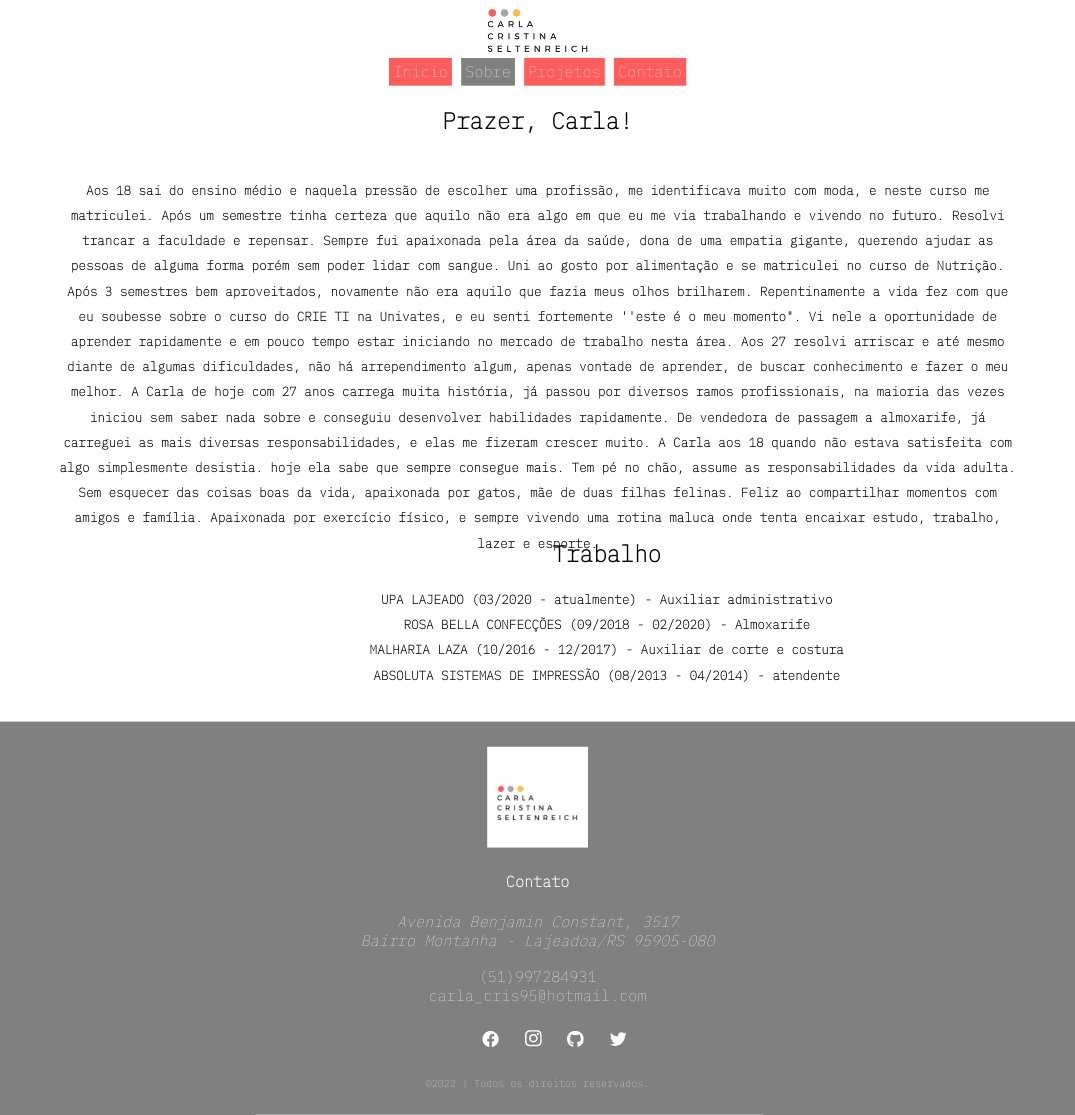
Repository: carla-seltenreich/portfolio
Page: about.html
The author's editor kept a copy of each file at every save. The page is drawn from the files as they stood at one save, then again after the next save.
The browser window is 1280 px wide. The pictures show the whole page, at 84% of full size.

Above is the page before, as saved 2022-05-26 18:20:01.

### about.html
<!DOCTYPE html>
<html lang="en">

<head>
    <meta charset="UTF-8">
    <meta http-equiv="X-UA-Compatible" content="IE=edge">
    <meta name="viewport" content="width=device-width, initial-scale=1.0">
    <title>Carla Cristina Seltenreich</title>
    <link rel="preconnect" href="https://fonts.googleapis.com">
    <link rel="preconnect" href="https://fonts.gstatic.com" crossorigin>
    <link rel="stylesheet" href="style.css">

    <link href="preconnect" href="https://fonts.googleapis.com">
    <link rel="preconnect" href="https://fonts.gstatic.com" crossorigin>
    <link href="https://fonts.googleapis.com/css2?family=IBM+Plex+Mono:wght@100&family=Questrial&display=swap"
        rel="stylesheet">
</head>

<body>
    <header class="header">
        <div class="container header-container">
            <a href="index.html"><img src="Carla cristina sELTENREICH.jpg" alt="logo" class="brand"></a>
            <ul class="nav">
                <li>
                    <a href="index.html">Inicio</a>
                </li>
                <li>
                    <a href="about.html" class="active">Sobre</a>
                </li>
                <li>
                    <a href="project.html">Projetos</a>
                </li>
                <li>
                    <a href="contact.html">Contato</a>
                </li>
            </ul>
        </div>
        <section>
            <h1>Prazer, Carla!</h1>
            <div class="about-me-text">
                <h5>Aos 18 sai do ensino médio e naquela pressão de escolher uma profissão, me identificava muito com
                    moda, e neste curso me matriculei. Após um semestre tinha certeza que aquilo não era algo em que eu
                    me via trabalhando e vivendo no futuro. Resolvi trancar a faculdade e repensar.
                    Sempre fui apaixonada pela área da saúde, dona de uma empatia gigante, querendo ajudar as pessoas de
                    alguma forma porém sem poder lidar com sangue. Uni ao gosto por alimentação e se matriculei no curso
                    de Nutrição. Após 3 semestres bem aproveitados, novamente não era aquilo que fazia meus olhos
                    brilharem.
                    Repentinamente a vida fez com que eu soubesse sobre o curso do CRIE TI na Univates, e eu senti
                    fortemente ''este é o meu momento". Vi nele a oportunidade de aprender rapidamente e em pouco tempo
                    estar iniciando no mercado de trabalho nesta área.
                    Aos 27 resolvi arriscar e até mesmo diante de algumas dificuldades, não há arrependimento algum,
                    apenas vontade de aprender, de buscar conhecimento e fazer o meu melhor.

                    A Carla de hoje com 27 anos carrega muita história, já passou por diversos ramos profissionais, na
                    maioria das vezes iniciou sem saber nada sobre e conseguiu desenvolver habilidades rapidamente. De
                    vendedora de passagem a almoxarife, já carreguei as mais diversas responsabilidades, e elas me
                    fizeram crescer muito.
                    A Carla aos 18 quando não estava satisfeita com algo simplesmente desistia. hoje ela sabe que sempre
                    consegue mais. Tem pé no chão, assume as responsabilidades da vida adulta.

                    Sem esquecer das coisas boas da vida, apaixonada por gatos, mãe de duas filhas felinas.
                    Feliz ao compartilhar momentos com amigos e família. Apaixonada por exercício físico, e sempre
                    vivendo uma rotina maluca onde tenta encaixar estudo, trabalho, lazer e esporte.
                </h5>
            </div>
        </section>
        <section class="work">
            <div class="work-text">
                <h2>Trabalho</h2>
                <h5>UPA LAJEADO (03/2020 - atualmente) - Auxiliar administrativo<br>
                    ROSA BELLA CONFECÇÕES (09/2018 - 02/2020) - Almoxarife<br>
                    MALHARIA LAZA (10/2016 - 12/2017) - Auxiliar de corte e costura<br>
                    ABSOLUTA SISTEMAS DE IMPRESSÃO (08/2013 - 04/2014) - atendente<br>
                </h5>
            </div>
        </section>
    </header>
    <footer class="footer">
        <div class="container">
            <img src="Carla cristina sELTENREICH.png" alt="logo" class="brand">
            <div class="footer-container">
                <div class="footer-contact">
                    <h4>Contato</h4>

                    <address>Avenida Benjamin Constant, 3517 <br />Bairro Montanha - Lajeadoa/RS 95905-080
                    </address>
                    <a href="#">(51)997284931</a>
                    <a href="#">carla_cris95@hotmail.com</a>
                </div>

                <div class="footer-social-medias">
                    <ul class="social-medias">
                        <li><a href="https://www.facebook.com/carla.cristina.16144/"><img src="facebook-brands (1).svg"
                                    alt="logo-facebook" class="logo-socialmedia"></a></li>
                        <li><a href="https://www.instagram.com/100meat/"><img src="instagram-brands (1).svg"
                                    alt="logo-instagram" class="logo-socialmedia"></a></li>
                        <li><a href="https://github.com/carla-seltenreich"><img src="github-brands.svg"
                                    alt="logo-github" class="logo-socialmedia"></a></li>
                        <li><a href="https://twitter.com/100meat"><img src="twitter-brands (1).svg" alt="logo-twitter"
                                    class="logo-socialmedia"></a></li>
                    </ul>
                </div>
                <div class="copyright">©2022 | Todos os direitos reservados.</div>
            </div>
    </footer>
</body>

</html>
<footer class="footer footer-about">
    <div class="container">
        <a href="index.html"><img src="Carla cristina sELTENREICH.png" alt="logo" class="brand"></a>
        <div class="footer-container">
            <div class="footer-contact">
                <h4>Contato</h4>

                <address>Avenida Benjamin Constant, 3517 <br />Bairro Montanha - Lajeadoa/RS 95905-080
                </address>
                <a href="#">(51)997284931</a>
                <a href="#">carla_cris95@hotmail.com</a>
            </div>

            <div class="footer-social-medias">
                <ul class="social-medias">
                    <li><a href="https://www.facebook.com/carla.cristina.16144/"><img src="facebook-brands (1).svg"
                                alt="logo-facebook" class="logo-socialmedia"></a></li>
                    <li><a href="https://www.instagram.com/100meat/"><img src="instagram-brands (1).svg"
                                alt="logo-instagram" class="logo-socialmedia"></a></li>
                    <li><a href="https://github.com/carla-seltenreich"><img src="github-brands.svg"
                                alt="logo-github" class="logo-socialmedia"></a></li>
                    <li><a href="https://twitter.com/100meat"><img src="twitter-brands (1).svg" alt="logo-twitter"
                                class="logo-socialmedia"></a></li>
                </ul>
            </div>
            <div class="copyright">©2022 | Todos os direitos reservados.</div>
        </div>
</footer>
</body>

</html>

### style.css
body {
    font-family: 'IBM Plex Mono';
    font-size: 18px;
    padding-top: 120px;
    margin: 0;
}

.container {
    max-width: 1120px;
    margin: 0 auto;
}

.header {
    background: #fff;
    position: absolute;
    width: 100%;
    text-align: center;
    top: 0;
    z-index: 1;
    padding: 10px 0;
    box-sizing: border-box;
    align-items: center;
}

.brand {
    max-width: 120px;
}

.nav {
    margin: 0;
    padding: 0;
    list-style: none;
}

.nav li {
    background-color: #ff5c5c;
    display: inline-block;
}

.nav a {
    color: #fff;
    display: block;
    padding: 5px;
    text-decoration: none;
}

.nav a:hover {
    color: gray;

}

.nav a.active {
    color: #fff;
    background: gray;
}

.name {
    padding: 7px;
}

.name-title {
    text-align: center;
    font-size: 30px;
}


.photo-banner {
    background-color: #ff5c5c;
    width: 500px;
    display: block;
    max-width: 100%;
    margin: 0 auto;
    border-radius: 8px;
}

.lastest-projects-home {
    background-color: #ff5c5c;
    color: #fff;
    padding: 50px;
    position: center;
}

.logo-project {
    width: 30px;
    height: 30px;
}

.text-about-home {
    margin: 90px;
    top: 808px;
    font-style: normal;
    font-weight: 400;
    font-size: 15px;
    line-height: 30px;
    /* or 200% */

    display: flex;
    align-items: center;
}

.project {
    padding: 90px;
    color: black;
}

.title-project {
    position: absolute;
    width: 800px;
    height: 57px;
    left: 283px;
    top: 156px;

    font-style: normal;
    font-weight: 600;
    font-size: 44px;
    line-height: 57px;
    display: flex;
    align-items: center;
}

.text-project {
    position: absolute;
    width: 800px;
    height: 120px;
    left: 283px;
    top: 233px;
    font-size: 15px;
    line-height: 30px;
    /* or 200% */

    display: flex;
    align-items: center;

    color: #363636;
}

.text-one {
    position: absolute;
    width: 800px;
    height: 120px;
    left: 283px;
    top: 980px;
    font-size: 15px;
    line-height: 30px;
    /* or 200% */

    display: flex;
    align-items: center;
    color: black;
}

.text-two {
    position: absolute;
    width: 800px;
    height: 120px;
    left: 285px;
    top: 1750px;

    font-size: 15px;
    line-height: 30px;
    /* or 200% */

    display: flex;
    align-items: center;
    color: black;
}

.text-three {
    position: absolute;
    width: 800px;
    left: 239px;
    top: 2580px;
    font-weight: 400;
    font-size: 15px;
    line-height: 30px;
    /* or 200% */

    display: flex;
    align-items: center;

    color: black;
}

.photo-one {
    position: absolute;
    width: 550px;
    height: 500px;
    left: 40px;
    top: 380px;

}

.photo-two {
    position: absolute;
    width: 800px;
    height: 700px;
    left: 75px;
    top: 1070px;
    /* or 200% */

    display: flex;
    align-items: center;
}

.photo-three {
    position: absolute;
    Top: 1950px;
    Left: 35px;
}

.about-me-text {
    line-height: 30px;
    padding: 5px 70px;
}

.work {
    position: absolute;

height: 1000px;
left: 440px;
top: 233px;


line-height: 30px;
/* or 200% */

display: flex;
align-items: center;

color: black;

}
.footer-about {
    position: relative;
    top: 270px;
}
.footer-project {
    top: 2300px;
    position: relative;
}

.footer-contact {
    position: inherit;
    top: 10px;
}

.footer {
    color: #fff;
    background: grey;
    padding: 30px 0;
    text-align: center;
}

.footer-container {
    display: block;
    justify-content: center;
}

.footer-contact a {
    display: block;
    color: #fff;
    text-decoration: none;
}

.footer-social-medias {}

.social-medias li {
    display: inline-block;
}

.social-meidas a {
    display: block;
    font-size: 25px;
    padding: 20px 10px;

}

.logo-socialmedia {
    width: 20px;
    padding: 10px;
}

.footer-contact address {
    margin-bottom: 20px;
}

.copyright {
    font-size: 12px;
    margin-top: 20px;
}

.page-contact {
    margin-bottom: 20px;
}

.page-contact-info {
    padding-left: 30px;
}

.page-contact-info a,
.page-contact-info address {
    color: black;
    font-weight: 600;
    font-style: normal;
    text-decoration: none;
}

.page-contact-info h3 {
    color: #78706e;
    margin: 0 0 5px;
    font-size: 14px;
}

.page-contact-form {
    width: 50%;
}

.form-group {
    margin-bottom: 15px;
}

.form-group label {
    display: block;
    margin-bottom: 5px;
}

.form-item {
    width: 100%;
    display: block;
    padding: 0.5rem 0.75rem;
    border: 1px solid #ced4da;
    border-radius: 0.25rem;
    box-sizing: border-box;
}

.form-item:focus {
    outline: none;
    border-color: #ff5c5c;
}

.btn {
    color: #fff;
    padding: 8px 16px;
    text-decoration: none;
    border-radius: 4px;
    background: #ff5c5c;
    border: 1px solid #ff5c5c;

    @media screen and (min-width: 768px) {
        body {
            padding-top: 80px;
        }

        .header-container {
            display: flex;
            justify-content: space-between;
        }

        .nav a {
            padding: 20px 10px;
        }
    }

### facebook-brands (1).svg
<svg xmlns="http://www.w3.org/2000/svg" viewBox="0 0 512 512"><!--! Font Awesome Pro 6.1.1 by @fontawesome - https://fontawesome.com License - https://fontawesome.com/license (Commercial License) Copyright 2022 Fonticons, Inc. --><path fill="#fff" d="M504 256C504 119 393 8 256 8S8 119 8 256c0 123.78 90.69 226.38 209.25 245V327.69h-63V256h63v-54.64c0-62.15 37-96.48 93.67-96.48 27.14 0 55.52 4.84 55.52 4.84v61h-31.28c-30.8 0-40.41 19.12-40.41 38.73V256h68.78l-11 71.69h-57.78V501C413.31 482.38 504 379.78 504 256z"/></svg>

### instagram-brands (1).svg
<svg xmlns="http://www.w3.org/2000/svg" viewBox="0 0 448 512"><!--! Font Awesome Pro 6.1.1 by @fontawesome - https://fontawesome.com License - https://fontawesome.com/license (Commercial License) Copyright 2022 Fonticons, Inc. --><path fill="#fff" d="M224.1 141c-63.6 0-114.9 51.3-114.9 114.9s51.3 114.9 114.9 114.9S339 319.5 339 255.9 287.7 141 224.1 141zm0 189.6c-41.1 0-74.7-33.5-74.7-74.7s33.5-74.7 74.7-74.7 74.7 33.5 74.7 74.7-33.6 74.7-74.7 74.7zm146.4-194.3c0 14.9-12 26.8-26.8 26.8-14.9 0-26.8-12-26.8-26.8s12-26.8 26.8-26.8 26.8 12 26.8 26.8zm76.1 27.2c-1.7-35.9-9.9-67.7-36.2-93.9-26.2-26.2-58-34.4-93.9-36.2-37-2.1-147.9-2.1-184.9 0-35.8 1.7-67.6 9.9-93.9 36.1s-34.4 58-36.2 93.9c-2.1 37-2.1 147.9 0 184.9 1.7 35.9 9.9 67.7 36.2 93.9s58 34.4 93.9 36.2c37 2.1 147.9 2.1 184.9 0 35.9-1.7 67.7-9.9 93.9-36.2 26.2-26.2 34.4-58 36.2-93.9 2.1-37 2.1-147.8 0-184.8zM398.8 388c-7.8 19.6-22.9 34.7-42.6 42.6-29.5 11.7-99.5 9-132.1 9s-102.7 2.6-132.1-9c-19.6-7.8-34.7-22.9-42.6-42.6-11.7-29.5-9-99.5-9-132.1s-2.6-102.7 9-132.1c7.8-19.6 22.9-34.7 42.6-42.6 29.5-11.7 99.5-9 132.1-9s102.7-2.6 132.1 9c19.6 7.8 34.7 22.9 42.6 42.6 11.7 29.5 9 99.5 9 132.1s2.7 102.7-9 132.1z"/></svg>

### github-brands.svg
<svg xmlns="http://www.w3.org/2000/svg" viewBox="0 0 496 512"><!--! Font Awesome Pro 6.1.1 by @fontawesome - https://fontawesome.com License - https://fontawesome.com/license (Commercial License) Copyright 2022 Fonticons, Inc. --><path fill="#fff" d="M165.9 397.4c0 2-2.3 3.6-5.2 3.6-3.3.3-5.6-1.3-5.6-3.6 0-2 2.3-3.6 5.2-3.6 3-.3 5.6 1.3 5.6 3.6zm-31.1-4.5c-.7 2 1.3 4.3 4.3 4.9 2.6 1 5.6 0 6.2-2s-1.3-4.3-4.3-5.2c-2.6-.7-5.5.3-6.2 2.3zm44.2-1.7c-2.9.7-4.9 2.6-4.6 4.9.3 2 2.9 3.3 5.9 2.6 2.9-.7 4.9-2.6 4.6-4.6-.3-1.9-3-3.2-5.9-2.9zM244.8 8C106.1 8 0 113.3 0 252c0 110.9 69.8 205.8 169.5 239.2 12.8 2.3 17.3-5.6 17.3-12.1 0-6.2-.3-40.4-.3-61.4 0 0-70 15-84.7-29.8 0 0-11.4-29.1-27.8-36.6 0 0-22.9-15.7 1.6-15.4 0 0 24.9 2 38.6 25.8 21.9 38.6 58.6 27.5 72.9 20.9 2.3-16 8.8-27.1 16-33.7-55.9-6.2-112.3-14.3-112.3-110.5 0-27.5 7.6-41.3 23.6-58.9-2.6-6.5-11.1-33.3 2.6-67.9 20.9-6.5 69 27 69 27 20-5.6 41.5-8.5 62.8-8.5s42.8 2.9 62.8 8.5c0 0 48.1-33.6 69-27 13.7 34.7 5.2 61.4 2.6 67.9 16 17.7 25.8 31.5 25.8 58.9 0 96.5-58.9 104.2-114.8 110.5 9.2 7.9 17 22.9 17 46.4 0 33.7-.3 75.4-.3 83.6 0 6.5 4.6 14.4 17.3 12.1C428.2 457.8 496 362.9 496 252 496 113.3 383.5 8 244.8 8zM97.2 352.9c-1.3 1-1 3.3.7 5.2 1.6 1.6 3.9 2.3 5.2 1 1.3-1 1-3.3-.7-5.2-1.6-1.6-3.9-2.3-5.2-1zm-10.8-8.1c-.7 1.3.3 2.9 2.3 3.9 1.6 1 3.6.7 4.3-.7.7-1.3-.3-2.9-2.3-3.9-2-.6-3.6-.3-4.3.7zm32.4 35.6c-1.6 1.3-1 4.3 1.3 6.2 2.3 2.3 5.2 2.6 6.5 1 1.3-1.3.7-4.3-1.3-6.2-2.2-2.3-5.2-2.6-6.5-1zm-11.4-14.7c-1.6 1-1.6 3.6 0 5.9 1.6 2.3 4.3 3.3 5.6 2.3 1.6-1.3 1.6-3.9 0-6.2-1.4-2.3-4-3.3-5.6-2z"/></svg>

### twitter-brands (1).svg
<svg xmlns="http://www.w3.org/2000/svg" viewBox="0 0 512 512"><!--! Font Awesome Pro 6.1.1 by @fontawesome - https://fontawesome.com License - https://fontawesome.com/license (Commercial License) Copyright 2022 Fonticons, Inc. --><path fill="#fff" d="M459.37 151.716c.325 4.548.325 9.097.325 13.645 0 138.72-105.583 298.558-298.558 298.558-59.452 0-114.68-17.219-161.137-47.106 8.447.974 16.568 1.299 25.34 1.299 49.055 0 94.213-16.568 130.274-44.832-46.132-.975-84.792-31.188-98.112-72.772 6.498.974 12.995 1.624 19.818 1.624 9.421 0 18.843-1.3 27.614-3.573-48.081-9.747-84.143-51.98-84.143-102.985v-1.299c13.969 7.797 30.214 12.67 47.431 13.319-28.264-18.843-46.781-51.005-46.781-87.391 0-19.492 5.197-37.36 14.294-52.954 51.655 63.675 129.3 105.258 216.365 109.807-1.624-7.797-2.599-15.918-2.599-24.04 0-57.828 46.782-104.934 104.934-104.934 30.213 0 57.502 12.67 76.67 33.137 23.715-4.548 46.456-13.32 66.599-25.34-7.798 24.366-24.366 44.833-46.132 57.827 21.117-2.273 41.584-8.122 60.426-16.243-14.292 20.791-32.161 39.308-52.628 54.253z"/></svg>

After the next save:
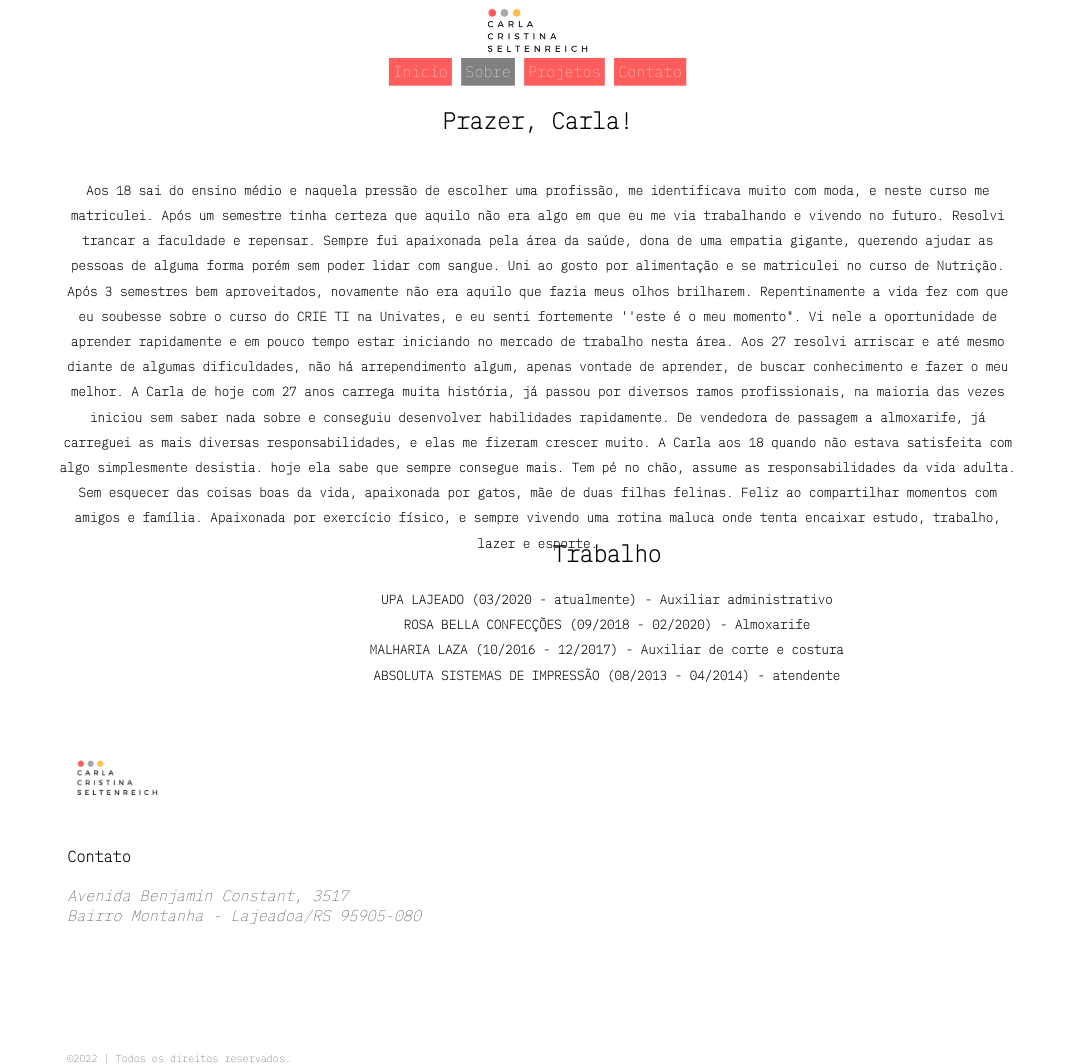
Saved 94 s later.
--- a/about.html
+++ b/about.html
@@ -106,7 +106,7 @@
 </body>
 
 </html>
-<footer class="footer footer-about">
+<footer class="footer-about">
     <div class="container">
         <a href="index.html"><img src="Carla cristina sELTENREICH.png" alt="logo" class="brand"></a>
         <div class="footer-container">
